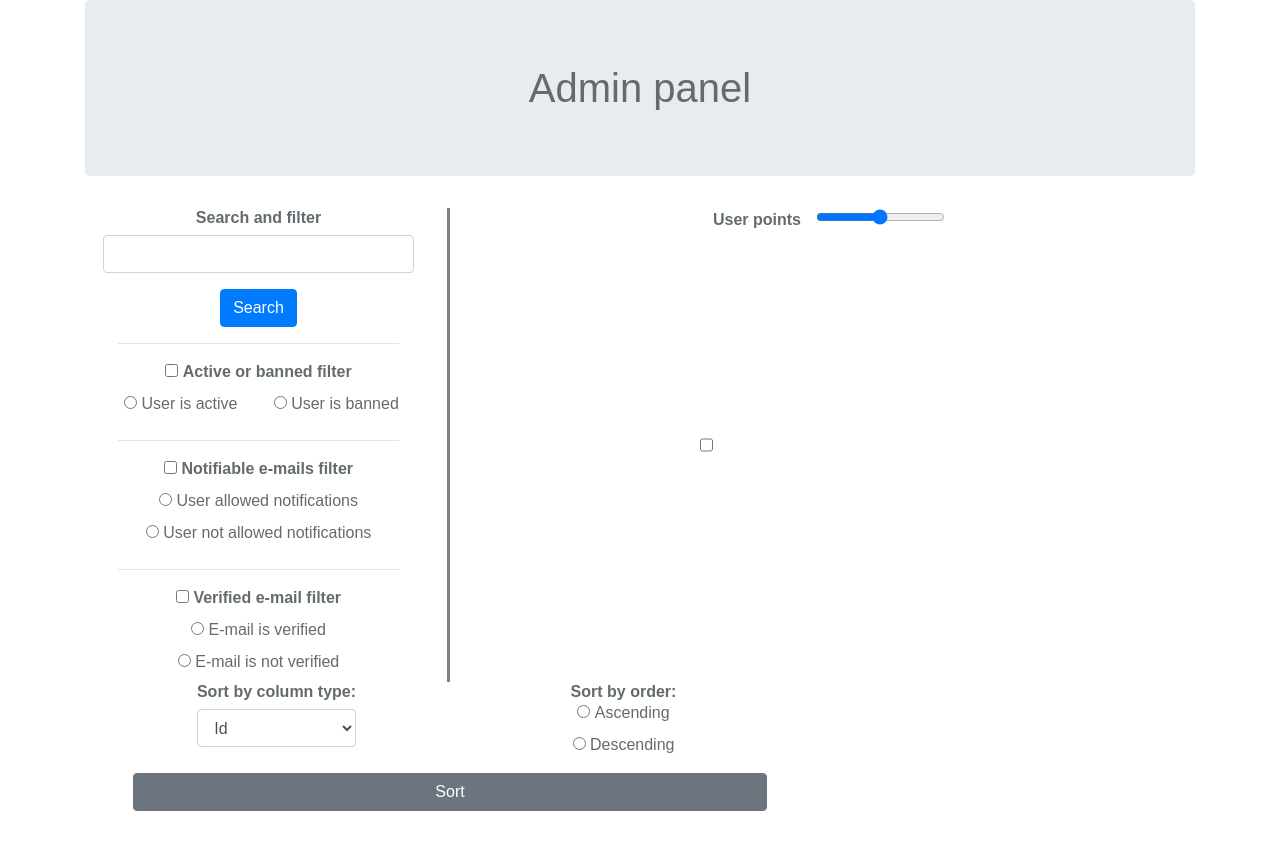
Repository: WOLVGVNG/gameclan
Page: resources/views/admin_panel.blade.php
These files come from the project's save history. The page is drawn as it stood at one moment and after the next save; the edit follows.
The browser window is 1280 px wide. The pictures show the whole page.
The page is served by the project's Laravel application, run on PHP 8.4 with Laravel 8. The template is opened directly, without the code that normally fills it, so the values that code supplies are empty.

Above is the page before, as saved 2019-03-20 22:17:00.

After the next save:
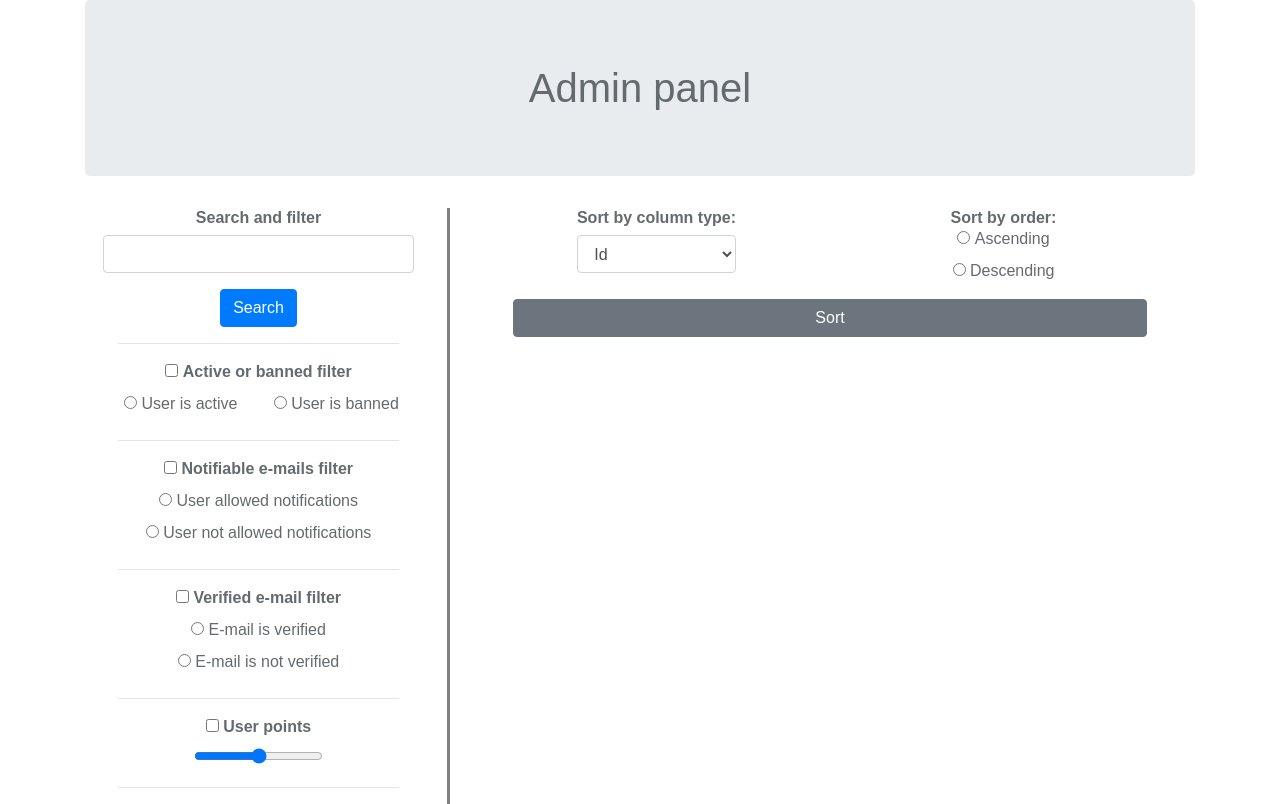
Saved 17 s later.
--- a/resources/views/admin_panel.blade.php
+++ b/resources/views/admin_panel.blade.php
@@ -91,21 +91,21 @@
                         </div>
                     </div>
                 </div>
+
+                <hr>
+
+                <input type='checkbox' name='filter_points_switch' id='points_switch' value=true @if(session('filter_points_switch')==true) echo checked @endif>
+                <label for='points_switch' class='font-weight-bold text-center'>User points</label>
+                <div class='row'>
+                    <div class='col mx-auto'>
+                        <div class='col-12'>
+                            <input type='range' name='filter_points' value='true' @if(session('filter_points')=='true') echo checked @endif>
+                        </div>
+                    </div>
+                </div>
+
+                <hr>
             </div>
-
-            <hr>
-
-            <input type='checkbox' name='filter_points_switch' id='points_switch' value=true @if(session('filter_points_switch')==true) echo checked @endif>
-            <label for='points_switch' class='font-weight-bold text-center'>User points</label>
-            <div class='row'>
-                <div class='col mx-auto'>
-                    <div class='col-12'>
-                        <input type='range' name='filter_points' value='true' @if(session('filter_points')=='true') echo checked @endif>
-                    </div>
-                </div>
-            </div>
-
-            <hr>
 
             <div class='col-md-8 px-4 px-md-5'>
                 <!-----------------------------SORTOWANIE---------------------------->
